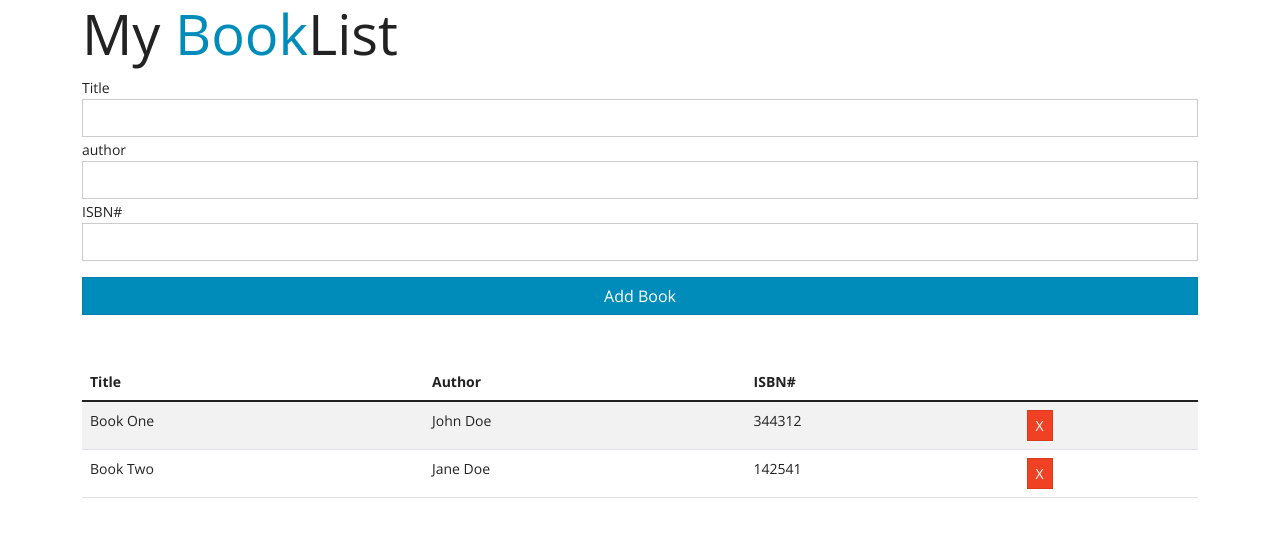
Repository: Fauzaanmhmd/vanillaBookList
Page: index.html
The author's editor kept a copy of each file at every save. The page is drawn from the files as they stood at one save, then again after a run of saves.
The browser window is 1280 px wide. The pictures show the whole page.

Above is the page before, as saved 2022-02-15 03:11:18.

After the next 2 saves:
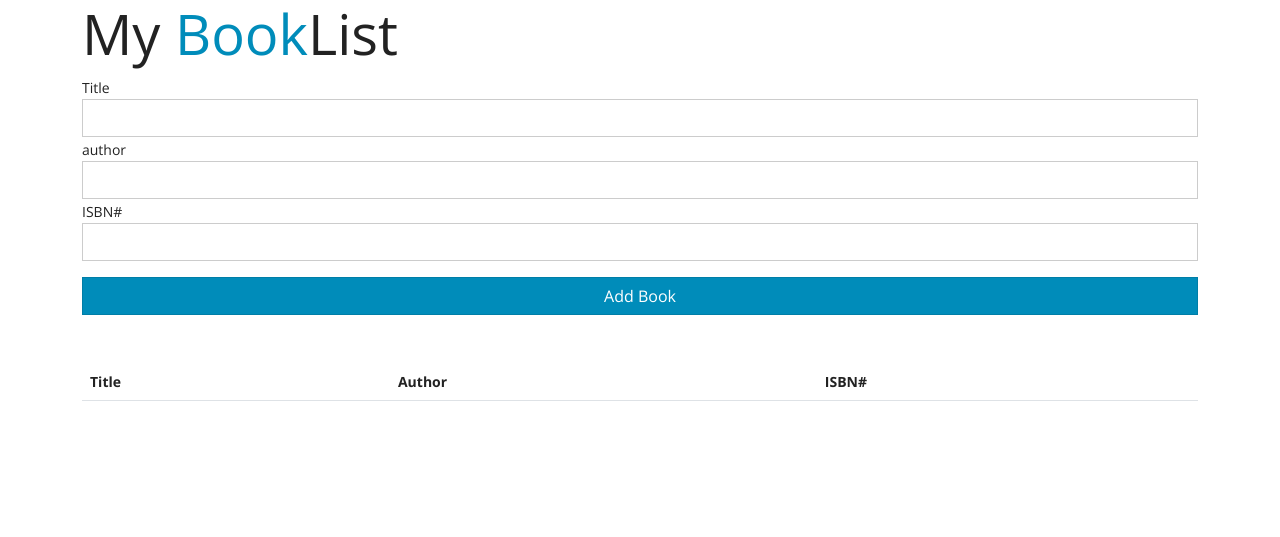
Console error: SyntaxError: Identifier 'title' has already been declared
The 2 saves are shown as one change because they came seconds apart.
The last was saved 11 min 39 s later.
--- a/main.js
+++ b/main.js
@@ -52,5 +52,16 @@
 document.addEventListener('DOMContentLoaded', UI.displayBooks);
 
 // Event: Add a Book
+document.querySelector('#book-form').addEventListener('submit', (e) => {
+    // prevent actual submit
+    e.preventDefault();
 
+    // Get form values
+    const title = document.querySelector('#title').value;
+    const title = document.querySelector('#author').value;
+    const title = document.querySelector('#isbn').value;
+
+    // Instatiate Book
+    const book = new Book(title, author, isbn);
+});
 // Event: Remove a Book

After the 4 saves that followed:
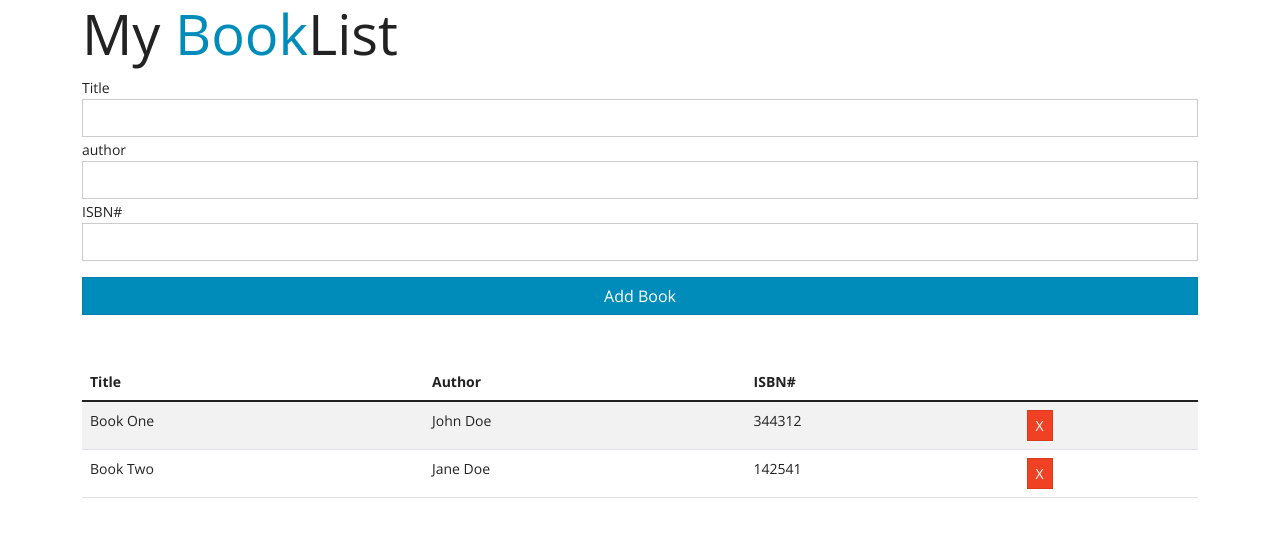
The error is gone.
The 4 saves are shown as one change because 3 left the picture as it was.
The last was saved 5 min 20 s later.
--- a/main.js
+++ b/main.js
@@ -52,16 +52,16 @@
 document.addEventListener('DOMContentLoaded', UI.displayBooks);
 
 // Event: Add a Book
-document.querySelector('#book-form').addEventListener('submit', (e) => {
+// document.querySelector('#book-form').addEventListener('submit', (e) => {
     // prevent actual submit
-    e.preventDefault();
+    // e.preventDefault();
 
     // Get form values
-    const title = document.querySelector('#title').value;
-    const title = document.querySelector('#author').value;
-    const title = document.querySelector('#isbn').value;
+    // const title = document.querySelector('#title').value;
+    // const title = document.querySelector('#author').value;
+    // const title = document.querySelector('#isbn').value;
 
     // Instatiate Book
-    const book = new Book(title, author, isbn);
-});
+    // const book = new Book(title, author, isbn);
+// });
 // Event: Remove a Book
